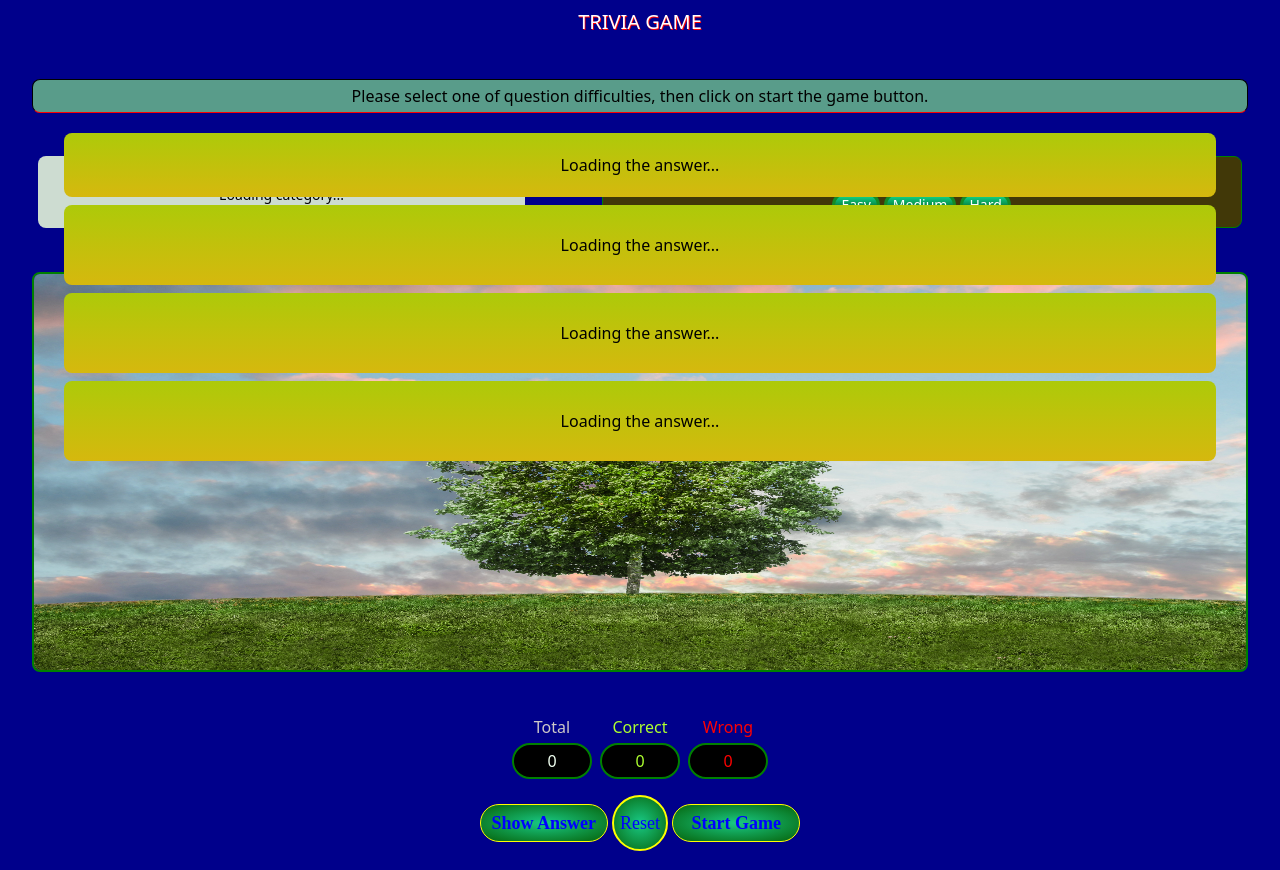
Repository: ShindanoSingi/bembe-trivia
Page: index.html
An editor plug-in stored every save of this project. The page is shown before and after the next save, followed by the edit.
The browser window is 1280 px wide. The pictures show the whole page.
Some web libraries are served in a nearby version.

Above is the page before, as saved 2022-09-08 00:56:59.

### index.html
<!DOCTYPE html>
<html lang="en">

    <head>
        <meta charset="UTF-8">
        <meta http-equiv="X-UA-Compatible" content="IE=edge">
        <meta name="viewport" content="width=device-width, initial-scale=1.0">
        <link rel="stylesheet" href="style.css">
        <script src="https://cdn.tailwindcss.com"></script>
        <title>Trivia Game</title>
    </head>

    <body class="">
        <div class="containerBox max-h-[100vh] my-2 flex flex-col gap-[6vh]">
            <h1 class="text-center text-xl" >TRIVIA GAME</h1>
            <div class="questionBox text-center w-[95vw] px-2 h-[8rem] p-1 mx-auto rounded-lg">
                Please select one of question difficulties, then click on start the game button.
            </div>
            <div class="category-and-difficulty-container items-center justify-around flex">
                <div class="category-container w-[38vw] h-[4.5rem] bg-[#CDDCD1] flex items-center flex-col py-[0.3rem] rounded-lg">
                    <div class="labelCategory text-sm font-bold text-black">CATEGORY</div>
                    <div class="category text-sm text-center p-1 rounded-lg">
                        Loading category...
                    </div>
                </div>
                <div class="qDifficultyBox w-[50vw] pb-1 rounded-lg items-center flex h-[4.5rem] justify-around flex-col">
                        <div id="question" class="qCat text-sm">QUESTION DIFFICULTY</div>
                        <div class="difficulties-container flex gap-1">
                            <button class="difficulty px-1.5 text-sm rounded-full" id="easy">Easy</button>
                            <button class="difficulty px-1.5 rounded-full text-sm" id="medium">Medium</button>
                            <button class="difficulty px-1.5 text-sm rounded-full" id="hard">Hard</button>
                    </div>
                </div>
            </div>
            <div class="imgAndQuestions">
                <img class="w-[95vw] h-[25rem] mx-auto" src="pexels-skitterphoto-9198.jpg" alt="nature image">
                <div class="answersButtons absolute bottom-[16.2rem] ml-[5vw] flex space-y-2 items-center  flex-col">
                    <button class="showAnswer w-[90vw] p-1 absolute bottom-[17rem] mx-auto text-sm h-[5rem]">Loading the answer...</button>
                    <button class="response w-[90vw] p-1 text-center text-md h-[4rem]" id="response1">Loading the answer...</button>
                    <button class="response w-[90vw] p-1 text-md h-[5rem]" id="response2">Loading the answer...</button>
                    <button class="response w-[90vw] p-1 text-md h-[5rem]" id="response3">Loading the answer...</button>
                    <button class="response w-[90vw] p-1 text-md h-[5rem]" id="response4">Loading the answer...</button>
                    </div>
                </div>

            <div id="bottomPart" class="flex  mx-auto flex-col items-center gap-4">
                <div class="labelsAndButtons relative left-1 flex space-x-2">
                    <div class="question-number flex flex-col items-center">
                        <p class="labels pb-1" id="labelQ">Total</p>
                        <div class="bottombuttons w-[5rem] text-center py-1" id="questionNumber">0</div>
                    </div>
                    <div class="correct-answers flex flex-col items-center">
                        <p class="labels pb-1" id="labelC">Correct</p>
                        <div class="bottombuttons w-[5rem] text-center py-1" id="correct">0</div>
                    </div>
                    <div class="wrong-answers flex flex-col items-center">
                        <p class="labels pb-1" id="labelW">Wrong</p>
                        <div class="bottombuttons w-[5rem] text-center py-1" id="wrong">0</div>
                    </div>
                    <div class="timerQuestionCorrectWrong"></div>
                </div>
                <div class="threeBottomButtons">
                    <button class="w-[8rem] text-lg py-1" id="showAnswer">Show Answer</button>
                    <button class="reset text-lg p-1 w-[3.5rem] h-[3.5rem] rounded-full">Reset</button>
                    <button class="startGame text-lg w-[8rem] py-1">Start Game</button>
                </div>
            </div>
            </div>
        <script src="./script.js"></script>
    </body>
</html>

### style.css

/* iPhone 8 and smaller */

    /*  Set h1 text to red */
    h1 {
        color: #fff;
        text-shadow: 0.05rem 0.05rem red;
    }

    /* The box containing the question */
    .questionBox {
        color: rgb(0, 0, 0);
        border: 0.02rem solid;
        background-color: rgb(89, 156, 138);
        border-bottom-color: red;
    }

    /* Label for category */
    .labelCategory {
        color: white;
    }

    /* The show answer message box */
    .showAnswer {
        color: honeydew;
        visibility: hidden;
        border: 0.1rem solid green;
        border-radius: 0.5rem;
        background-color:rgb(2, 27, 3);
    }
    /*  Individual difficulty button */
    .difficulty {
        background-image: linear-gradient(rgb(16, 221, 142), rgb(4, 58, 7));
        border: 0.2rem solid rgb(21, 139, 35);
        color: white;
    }

    /*  Class containing all difficulty buttons */
    .difficulties-container {
        border-color: green;
    }
    /* The box containing difficulty buttons */
    .qDifficultyBox {
        border: 0.14vh solid green;
        background-color: rgb(65, 56, 8);
        color: white;
    }

    /* image */
    img {
        border: 0.15rem solid green;
        border-radius: 0.5rem;
    }
    /* all response buttons */
    .response {
        border-color: green;
        background-image: linear-gradient(rgb(173, 202, 9), rgb(214, 184, 14));
        color: black;
        border-radius: 0.5rem;
    }
    /* All response buttons */
    .response:hover {
        background-image: linear-gradient(rgb(32, 90, 165), rgb(72, 168, 192));
    }

    /* Show answer button */
    #showAnswer {
        color: blue;
        border: 0.54vh solid green;
        border: 0.27vh solid yellow;
        border-radius: 20rem;
        font-family: cursive;
        font-weight: bold;
        background-image: radial-gradient(rgb(25, 201, 133), rgb(6, 99, 10));
    }
    #showAnswer:hover {
        background-image: radial-gradient(rgb(201, 25, 25), rgb(93, 99, 6));
        color: white;
    }
    /* Start game button */
    .startGame {
        color: blue;
        border: 0.54vh solid green;
        border: 0.27vh solid yellow;
        border-radius: 20rem;
        font-family: cursive;
        font-weight: bold;
        background-image: radial-gradient(rgb(25, 201, 133), rgb(6, 99, 10));
    }
    /* Start game button */
    .startGame:hover {
        background-image: radial-gradient(rgb(201, 25, 25), rgb(93, 99, 6));
        color: white;
    }
    /* Reset button */
    .reset {
        color: blue;
        border: 0.5rem solid green;
        border: 0.15rem solid yellow;
        font-family: cursive;
        background-image: radial-gradient(rgb(25, 201, 133), rgb(6, 99, 10));
    }
    /* Reset button */
    .reset:hover {
        background-image: radial-gradient(rgb(201, 25, 25), rgb(93, 99, 6));
        color: white;
    }

    /* Class containing the 3 bottom labels  (total questions, correct answers and wrong answers) */
    .question-number {
        color: rgb(205, 200, 200);
    }

    .correct-answers {
        color: greenyellow;
    }

    .wrong-answers {
        color: red;
    }

    /* The bottom boxes for total question number, correct answers and wrong answers */
    .bottombuttons {
        border: 0.15rem solid green;
        background-color: black;
        color: honeydew;
        border-radius: 2rem;
    }

    /* Set the wrong anser to red */
    #wrong {
        color: rgb(255, 0, 0);
    }
    /* Set the correct anser to green */
    #correct {
        color: greenyellow;
    }

    /* Change the color when "easy" button is hovered over */
    #easy:hover {
        background-image: linear-gradient(rgb(202, 9, 9), rgb(214, 184, 14));
    }
    /* Change the color when "easy" button is hovered over */
    #medium:hover {
        background-image: linear-gradient(rgb(202, 9, 9), rgb(214, 184, 14));
    }
    /* Change the color when "easy" button is hovered over */
    #hard:hover {
        background-image: linear-gradient(rgb(202, 9, 9), rgb(214, 184, 14));
    }

    body {
      background-color: darkblue;
    }

### script.js
// Declaring variables

// Capture win window
let winWindow = document.querySelector('.win');

// Declae win reset button
let winResetButton = document.querySelector('.winReset');

// define lose reset button
let loseResetButton = document.querySelector('.loseReset');

// define lose window
let loseWindow = document.querySelector('.lose');

// define win image
let winImage = document.querySelector('.winImage')

// define a message if the payer loses the game
let loseMessage = document.querySelector('#losePar');

// define
let video = document.querySelector('#myVideo');

// Get Body content
let body = document.querySelector('body');

// This will hold category information
let category = document.querySelector('.category');

// This will hold the question
let question = document.querySelector('.questionBox');

// This is for all response buttons
let answerButtons = document.querySelector('.answersButtons');

// Define difficulty buttons
let difficultyButtons = document.querySelector('.difficulties-container');

// Define image
let image = document.querySelector('img');

// Define audio button
let audioButton = document.querySelector('.audio');

// Declaring individual difficulty buttons
let easyButton = document.querySelector('#easy');
let mediumButton = document.querySelector('#medium');
let hardButton = document.querySelector('#hard');

// This is for individual responses
let response1 = document.querySelector('#response1');
let response2 = document.querySelector('#response2');
let response3 = document.querySelector('#response3');
let response4 = document.querySelector('#response4');

// Define the total number of questions' box.
let totNumQuestionsBox = document.querySelector('#questionNumber');

// This will hold number of correct answers
let cAnswer = document.querySelector('#correct');

// This will hold number of wrong answers
let wAnswer = document.querySelector('#wrong');

// Define the "show answer" button
let showAnswerButton = document.querySelector('#showAnswer');

let corrAnswer;

// Create new audio objects
// Code source: https://www.w3schools.com/jsref/met_audio_play.asp
let audio = new Audio('general-logo-13395.mp3');

let questionscoreCount = 0;
let correctAnswerScoreCount = 0;
let wrongAnswerscoreCount = 0;
let scoreCount = 0;
let clear = '';
let difficulty = '';

// Set winning scoreCount
let winningscoreCount = 6;

let highscoreCount = 0;

let startGame = document.querySelector('.startGame');

// Takes the response from fetch
let triviaQuestion;

// Define a global url which will be accessed by multiple functions
let url;

// Array of all Images/jpg
// https://www.pexels.com/search/environment/
let arrayImages = [];
arrayImages.push('pexels-ákos-szabó-440731.jpg');
arrayImages.push('pexels-atikul-haque-rafat-679598.jpg');
arrayImages.push('pexels-felix-mittermeier-957024.jpg');
arrayImages.push('pexels-ian-turnell-709552.jpg');
arrayImages.push('pexels-karolina-grabowska-5750182.jpg');
arrayImages.push('pexels-mahima-1250260.jpg');
arrayImages.push('pexels-mali-maeder-142497.jpg');
arrayImages.push('pexels-matthias-cooper-580900.jpg');
arrayImages.push('pexels-min-an-1131458.jpg');
arrayImages.push('pexels-minamarie-michell-570041.jpg');
arrayImages.push('pexels-olya-kobruseva-5236397.jpg');
arrayImages.push('pexels-pixabay-33044.jpg');
arrayImages.push('pexels-pixabay-221012.jpg');
arrayImages.push('pexels-pixabay-235615.jpg');
arrayImages.push('pexels-pixabay-259280.jpg');
arrayImages.push('pexels-pixabay-302804.jpg');
arrayImages.push('pexels-pixabay-414090.jpg');
arrayImages.push('pexels-pixabay-459225.jpg');
arrayImages.push('pexels-pixabay-459225.jpg');
arrayImages.push('pexels-pixabay-460621.jpg');
arrayImages.push('pexels-scott-webb-1048033.jpg');
arrayImages.push('pexels-skitterphoto-9198.jpg');
arrayImages.push('pexels-sohail-na-807598.jpg');

// for correct and wrong answer song; source code:
// https://www.dreamstime.com/stock-music-sound-effect/wrong-answer-answer.html

// Reset the game when the "Reset" button is clicked
let resetButton = document.querySelector('.reset');
resetButton.addEventListener('click', () => {

    // Code source: https://www.w3schools.com/jsref/met_audio_play.asp
    audio.volume = 0.2;

    // Refresh the page/window
    window.location.reload();
});

// Assign color to all answer buttons and call "play" function
let startButton = () => {

    // Increament the score count.
    scoreCount++;

    // Select all responses buttons.
    let responses = document.querySelectorAll('.response');
    responses.forEach(response => {
        response.style.backgroundImage = 'linear-gradient(rgb(173, 202, 9), rgb(57, 14, 214));'
    })

    // When the "Start The Game" button is presNexted, Call "play" function
    play();
}

// Select difficulty buttons
difficultyButtons.addEventListener('click', e => {

    // Target the element/button by its id.
    difficulty = e.target.id;

    // Only change the color "easy" button is selected, then enable "Start The Game"
    if (difficulty === 'easy') {

        // Only change the background of "easy button" to a different color, and let other bottons'
        // colors unchanged.
        e.target.style.backgroundImage = 'linear-gradient(rgb(9, 25, 202), rgb(81, 14, 214))';
        mediumButton.style.backgroundImage = `linear-gradient(rgb(16, 221, 142), rgb(4, 58, 7))`;
        hardButton.style.backgroundImage = `linear-gradient(rgb(16, 221, 142), rgb(4, 58, 7))`;

        // Start the Game when "Start The Game" is clicked
        let startGame = document.querySelector('.startGame');
        startGame.addEventListener('click', () => {
            startButton();
        });
    }

    // Only change the color "medium" button is selected, then enable "Start The Game"
    else if (difficulty === 'medium') {

        // Only change the background of "medium button" to a different color, and let other bottons'
        // colors unchanged.
        e.target.style.backgroundImage = 'linear-gradient(rgb(9, 25, 202), rgb(81, 14, 214))';
        easyButton.style.backgroundImage = `linear-gradient(rgb(16, 221, 142), rgb(4, 58, 7))`;
        hardButton.style.backgroundImage = `linear-gradient(rgb(16, 221, 142), rgb(4, 58, 7))`;

        // Start the Game when "Start The Game" is clicked
        startGame.addEventListener('click', () => {
            startButton();
        });
    }

    // Only change the color "hard" button is selected, then enable "Start The Game"
    else if (difficulty === 'hard') {

        // Only change the background of "hard button" to a different color, and let other bottons'
        // colors unchanged.
        e.target.style.backgroundImage = 'linear-gradient(rgb(9, 25, 202), rgb(81, 14, 214))';
        mediumButton.style.backgroundImage = `linear-gradient(rgb(16, 221, 142), rgb(4, 58, 7))`;
        easyButton.style.backgroundImage = `linear-gradient(rgb(16, 221, 142), rgb(4, 58, 7))`;



        // Start the Game when "Start The Game" is clicked
        startGame.addEventListener('click', () => {
            startButton();
        });
    }

    // Return the value of the chosen difficulty button.
    return difficulty;
})



// Play the game when the start game button is click.
function play() {

    // Define and get a random number
    // Source: https://www.w3schools.com/jsref/jsref_random.asp
    let randomQuestion = Math.floor(Math.random() * 10 + 9);

    // Get the question from the API
    // Source: https://opentdb.com/api_config.php
    url = `https://opentdb.com/api.php?amount=50&difficulty=${difficulty}&type=multiple`

    // Define an empty array that will hold the correct answer and 3 wrong answers
    let arr = [];

    // fetch the the result for the above url.
    fetch(url)
        .then(res => {
            return res.json()
        })

        .then(res => {

            triviaQuestion = res;

            // Capture the correct from the response
            corrAnswer = res.results[0].correct_answer;

            arr.push(res.results[0].correct_answer);
            arr.push(res.results[0].incorrect_answers[0])
            arr.push(res.results[0].incorrect_answers[2])
            arr.push(res.results[0].incorrect_answers[1])

            category.innerHTML = res.results[0].category
            question.innerHTML = res.results[0].question

            // Assigning answers to answers buttons
            response1.innerHTML = arr[0];
            response2.innerHTML = arr[1];
            response3.innerHTML = arr[2];
            response4.innerHTML = arr[3];

            // Shuffling the array to avoid answers pattern.
            for (let i = arr.length - 1; i > 0; i--) {
                let j = Math.floor(Math.random() * (i + 1))

                let tempNum = arr[i];
                arr[i] = arr[j];
                arr[j] = tempNum;
            }
        })
}


// Track the clicking event of each answerButton
answerButtons.addEventListener('click', (event) => {

    // Check if the selected answer is equal to correct answer
    if (event.target.innerText === triviaQuestion.results[0].correct_answer) {

        // Increment total number of question
        scoreCount++;

        // Increament the the number of correct answers.
        correctAnswerScoreCount++;

        // Write the correct answer in the correct answer box
        cAnswer.innerText = correctAnswerScoreCount;

        for (let i = arrayImages.length - 1; i > 0; i--) {
            let j = Math.floor(Math.random() * (i + 1))

            let tempNum = arrayImages[i];
            arrayImages[i] = arrayImages[j];
            arrayImages[j] = tempNum;
        }

        // Play a random video
        image.src = arrayImages[1];

        // Set the background of the correct answer to green
        event.target.style.backgroundImage = `linear-gradient(rgb(0, 255, 106),
        rgb(9, 106, 28))`;

        // Call the next question
        nextQuestion()
    }

    // Check if the selected answer is not equal to the correct answer
    else if (event.target.innerText !== triviaQuestion.results[0].correct_answer) {

        // Play this audio if the answer is incorrect
        let audioWrongAnswer = new Audio('wrongAnswer.mp3');


        for (let i = arrayImages.length - 1; i > 0; i--) {
            let j = Math.floor(Math.random() * (i + 1))

            let tempNum = arrayImages[i];
            arrayImages[i] = arrayImages[j];
            arrayImages[j] = tempNum;
        }

        // Play a random video
        image.src = arrayImages[0];

        // Incremment scoreCount
        scoreCount++;

        // Increament the the number of incorrect answers.
        wrongAnswerscoreCount++;

        // Set the background of the correct answer to red
        event.target.style.backgroundImage = 'linear-gradient(rgb(220, 7, 7), #fa0a0a)';

        // Write the incorrect answer in the wrong answer box
        wAnswer.innerHTML = wrongAnswerscoreCount;
    }

    // Call the next question
    nextQuestion();
})

// Refresh the window reset all numbers to 0 and all texts to empty.
function refreshWindow() {
    window.location.reload()
}

// This function runs when the player calls for the next question.
function nextQuestion() {


    // Source: https://www.w3schools.com/jsref/jsref_random.asp
    let randomQuestions = Math.floor(Math.random() * 10 + 9);

    let urlNext = `https://opentdb.com/api.php?amount=1&category=${randomQuestions}&type=multiple`

    let arrNext = [];

    fetch(urlNext)
        .then(resNext => {
            return resNext.json()
        })

        .then(resNext => {

            // Capture the correct from the response
            corrAnswer = resNext.results[0].correct_answer;

            // Assign the response from fetch to triviaQuestion
            triviaQuestion = resNext;

            arrNext.push(resNext.results[0].correct_answer);
            arrNext.push(resNext.results[0].incorrect_answers[0])
            arrNext.push(resNext.results[0].incorrect_answers[2])
            arrNext.push(resNext.results[0].incorrect_answers[1])

            // Shuffling the array to avoid answers pattern.
            // source: https://www.geeksforgeeks.org/how-to-shuffle-an-array-using-javascript/

            for (let i = arrNext.length - 1; i > 0; i--) {
                let j = Math.floor(Math.random() * (i + 1))

                let tempNums = arrNext[i];
                arrNext[i] = arrNext[j];
                arrNext[j] = tempNums;
            }

            // Assigning original coloanswers to answers buttons
            response1.innerHTML = arrNext[0];
            response1.style.backgroundImage = 'linear-gradient(rgb(173, 202, 9), rgb(57, 14, 214))'

            response2.innerHTML = arrNext[1];
            response2.style.backgroundImage = 'linear-gradient(rgb(173, 202, 9), rgb(57, 14, 214))'

            response3.innerHTML = arrNext[2];
            response3.style.backgroundImage = 'linear-gradient(rgb(173, 202, 9), rgb(57, 14, 214))'

            response4.innerHTML = arrNext[3];
            response4.style.backgroundImage = 'linear-gradient(rgb(173, 202, 9), rgb(57, 14, 214))'

            category.innerHTML = resNext.results[0].category
            question.innerHTML = resNext.results[0].question

            console.log(resNext.results[0])

        })
}

// Display the answer if the "show Andwer" button is clicked for 1 second, then hide the answer.
showAnswerButton.addEventListener('click', () => {
    let answerBox = document.querySelector('.showAnswer');

    setTimeout(function () {
        answerBox.style.visibility = 'visible';
        answerBox.style.zIndex = '100';

        answerBox.innerHTML = corrAnswer;
        //Hide the answer
        setTimeout(function () {
            answerBox.style.visibility = 'hidden';

        }, 1000)
    }, 1000)

    if (answerBox.innerHTML === 'undefined') {
        answerBox.innerHTML = "Loading the answer...";
    }
    else {
        answerBox.innerHTML = "Loading the answer...";
    }
})

After the next save:
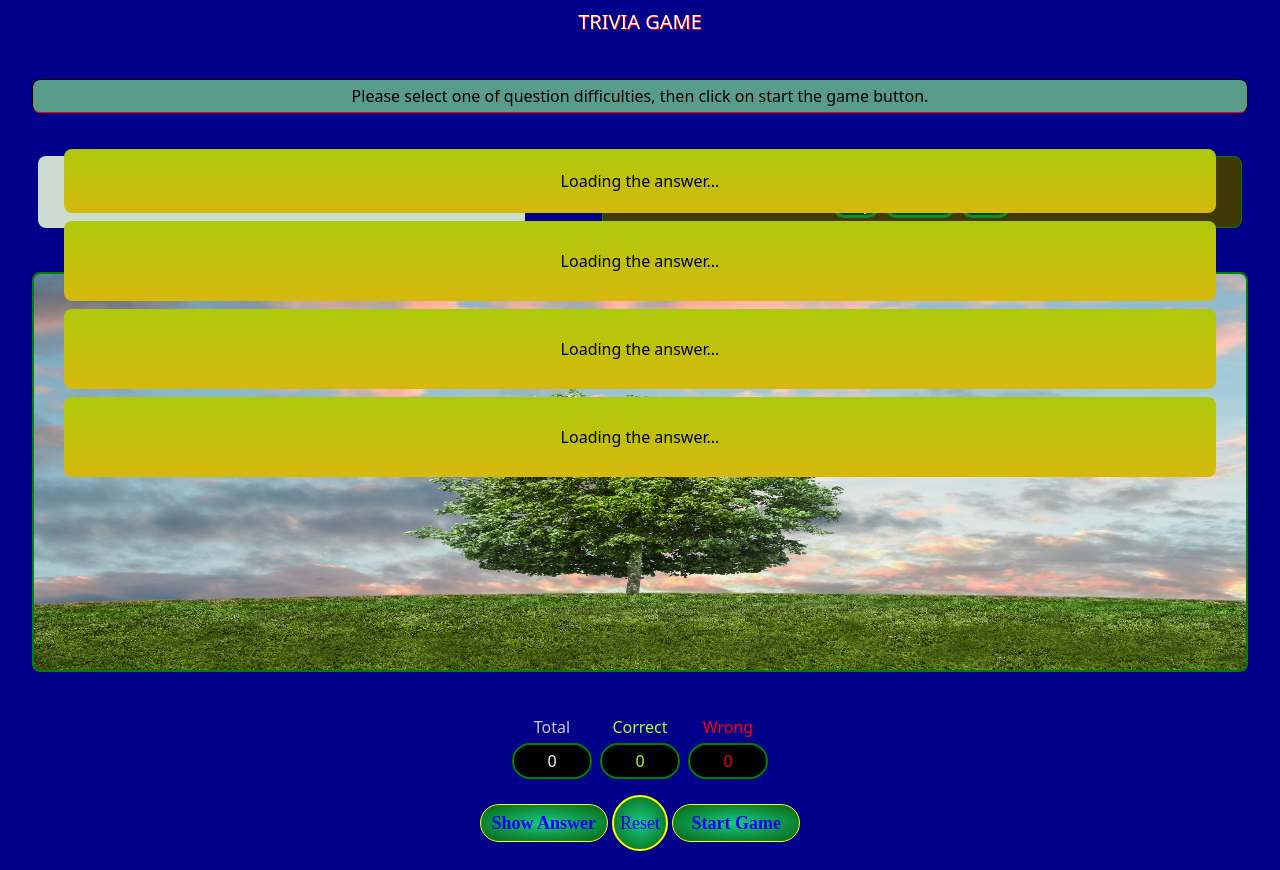
Saved 5 s later.
--- a/index.html
+++ b/index.html
@@ -34,7 +34,7 @@
             </div>
             <div class="imgAndQuestions">
                 <img class="w-[95vw] h-[25rem] mx-auto" src="pexels-skitterphoto-9198.jpg" alt="nature image">
-                <div class="answersButtons absolute bottom-[16.2rem] ml-[5vw] flex space-y-2 items-center  flex-col">
+                <div class="answersButtons absolute bottom-[15.2rem] ml-[5vw] flex space-y-2 items-center  flex-col">
                     <button class="showAnswer w-[90vw] p-1 absolute bottom-[17rem] mx-auto text-sm h-[5rem]">Loading the answer...</button>
                     <button class="response w-[90vw] p-1 text-center text-md h-[4rem]" id="response1">Loading the answer...</button>
                     <button class="response w-[90vw] p-1 text-md h-[5rem]" id="response2">Loading the answer...</button>
